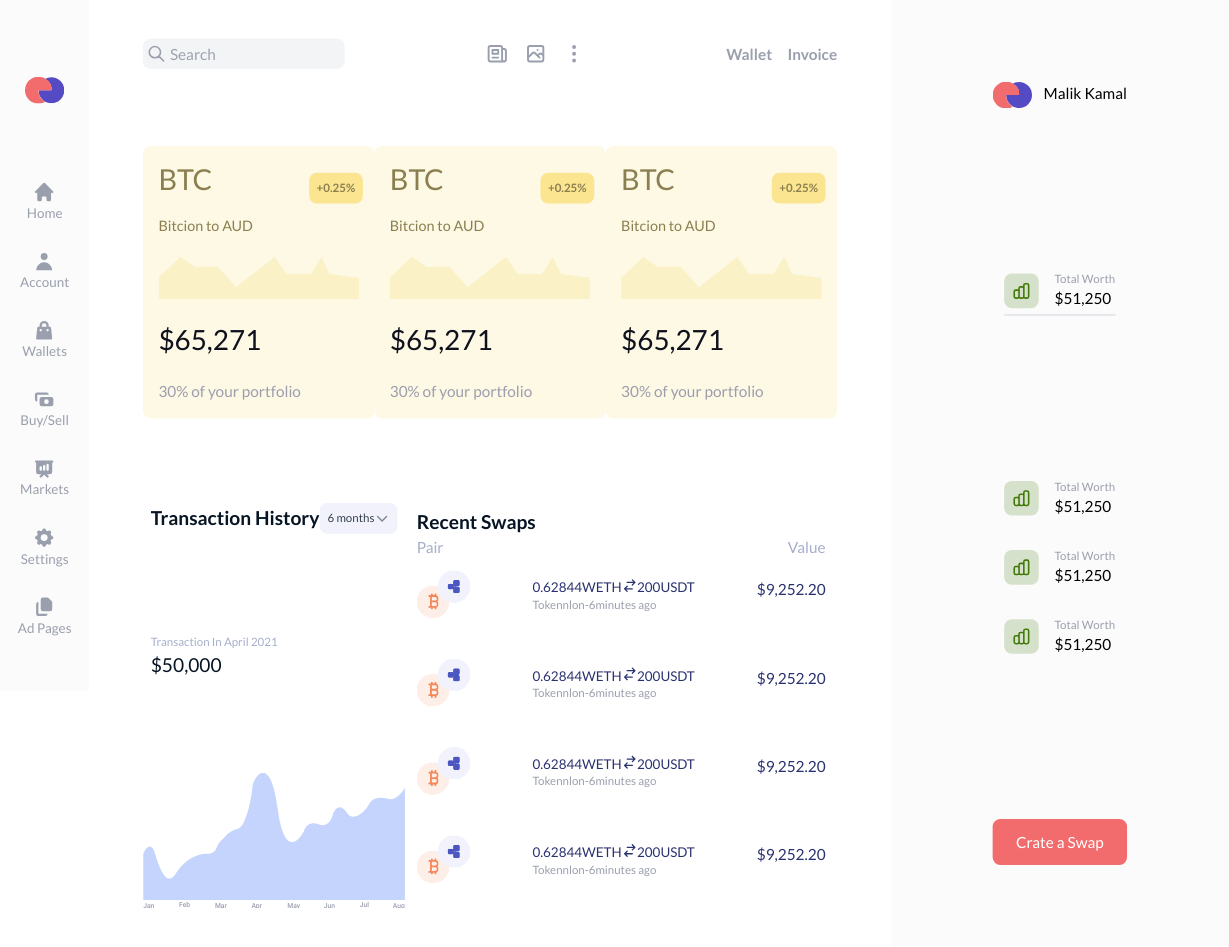
Repository: almaqdad55/crypto-app-nextjs
Page: /
An editor plug-in stored every save of this project. The page is shown before and after a run of saves, followed by the edit.
The browser window is 1280 px wide. The pictures show the whole page, at 96% of full size.
The project was rebuilt for these pictures with package versions that can differ from the ones it lists, and the page was loaded fresh each time. The framework's server and built-in components were replaced by stand-ins that run in the browser.

Above is the page before, as saved 2022-01-04 22:47:39.

After the next 3 saves:
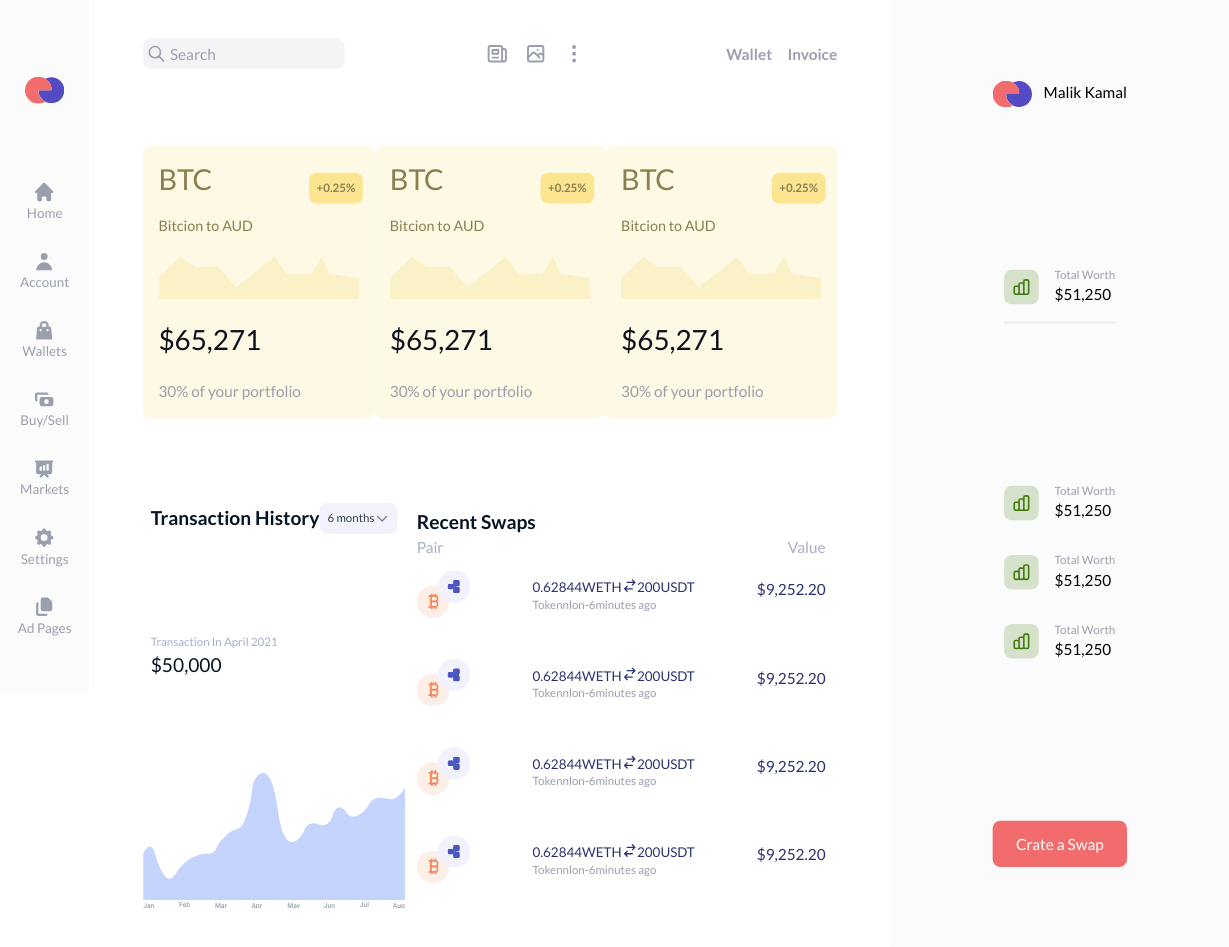
The 3 saves are shown as one change because they came seconds apart.
The last was saved 11 s later.
--- a/components/Widget.jsx
+++ b/components/Widget.jsx
@@ -17,7 +17,7 @@ const Widget = () => {
 
       <div className="">
         <StatsDisplay />
-        <hr className="border-b border-gray-200 mt-1 " />
+        <hr className="border-b border-gray-200 mt-4" />
       </div>
       <div className="flex flex-col space-y-8">
         <StatsDisplay />
